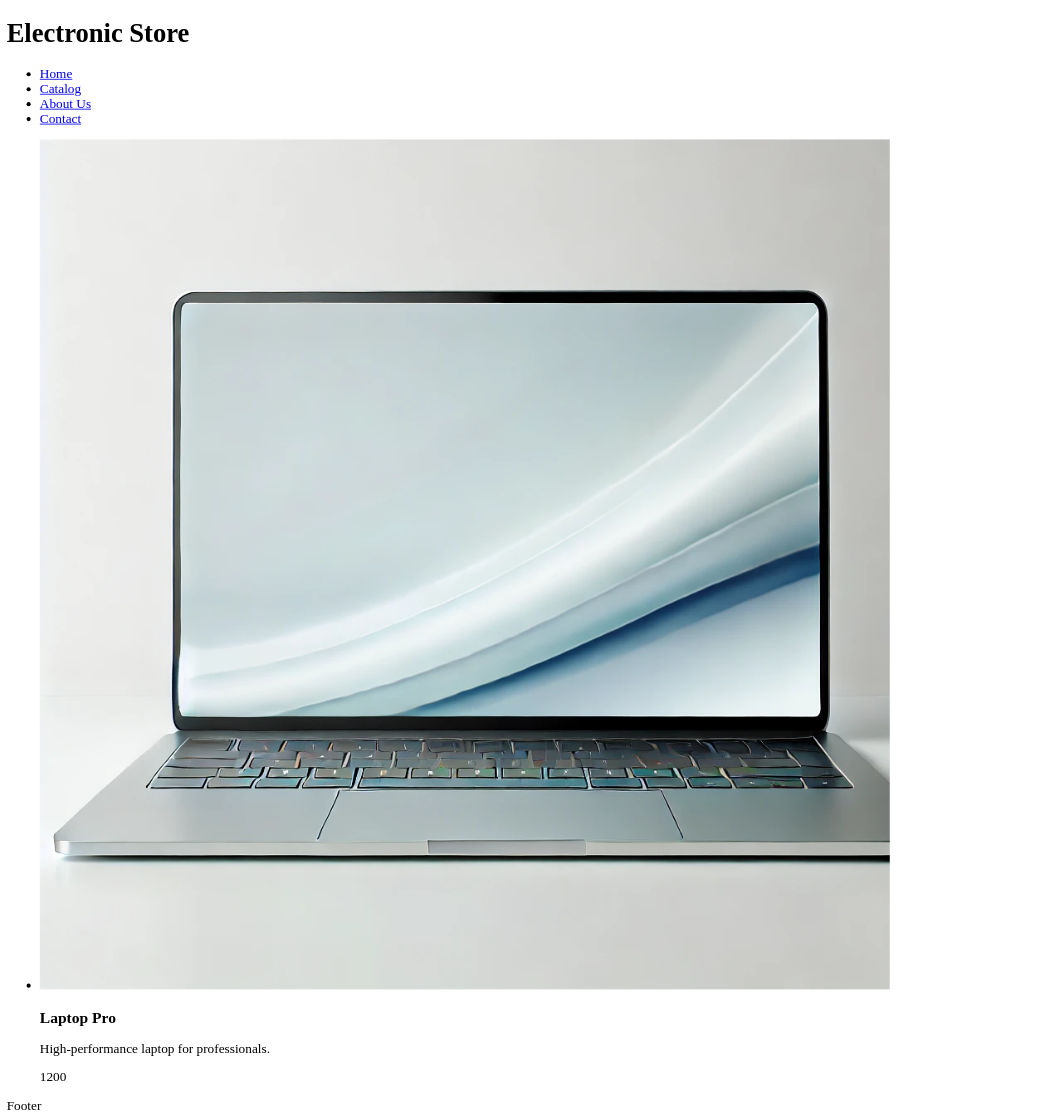
Repository: Lithium87/e-Strore
Page: /
The author's editor kept a copy of each file at every save. The page is drawn from the files as they stood at one save, then again after the next save.
The browser window is 1280 px wide. The pictures show the whole page, at 83% of full size.
The project was rebuilt for these pictures with package versions that can differ from the ones it lists, and the page was loaded fresh each time. Also part of the build but not shown: vite.config.js.

Above is the page before, as saved 2025-07-05 15:22:28.

After the next save:
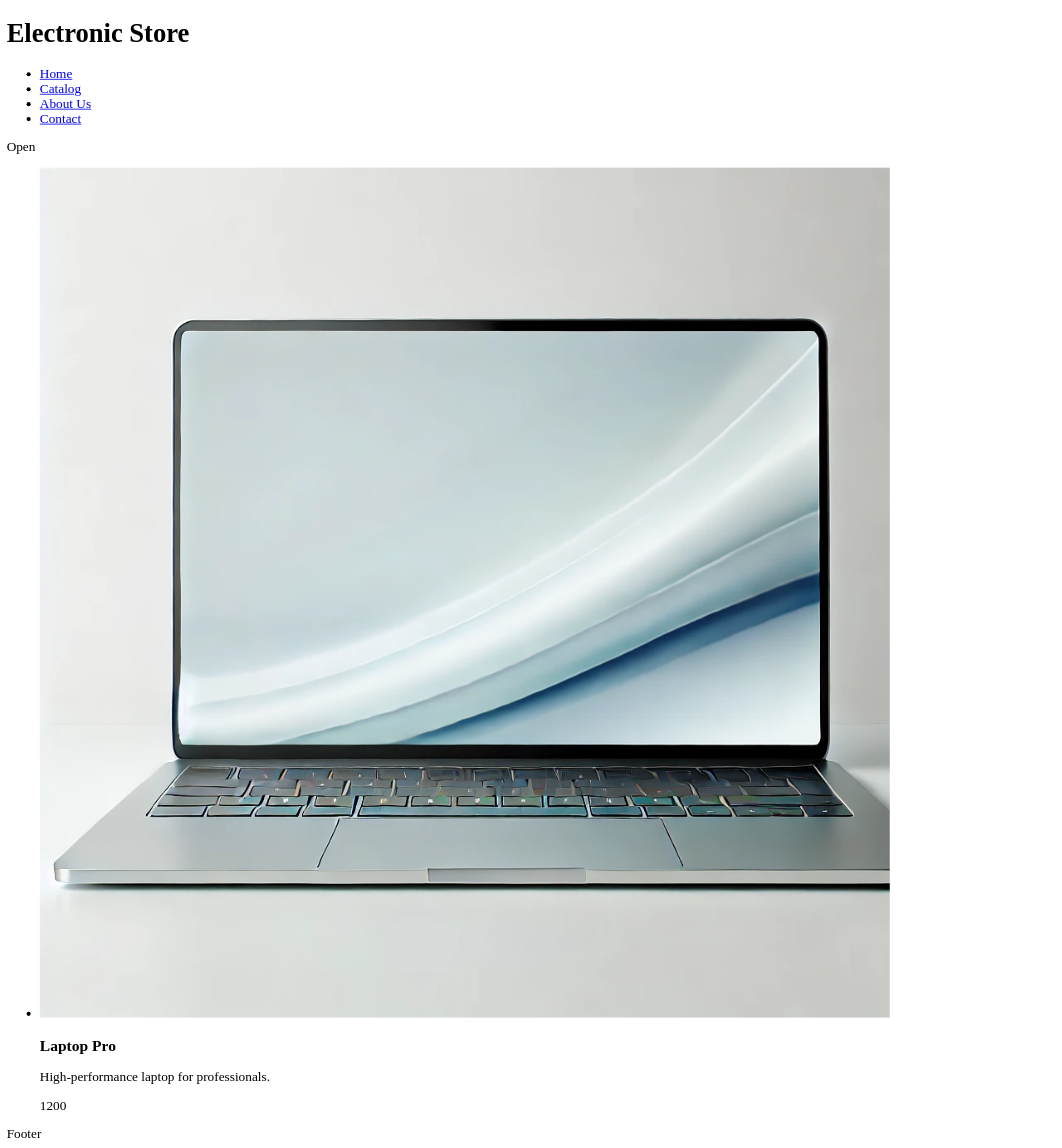
Saved 28 s later.
--- a/src/App.jsx
+++ b/src/App.jsx
@@ -75,6 +75,9 @@ const Header = () => {
           </li>
         </ul>
       </nav>
+      <div>
+        <p>Open</p>
+      </div>
     </header>
   );
 };
